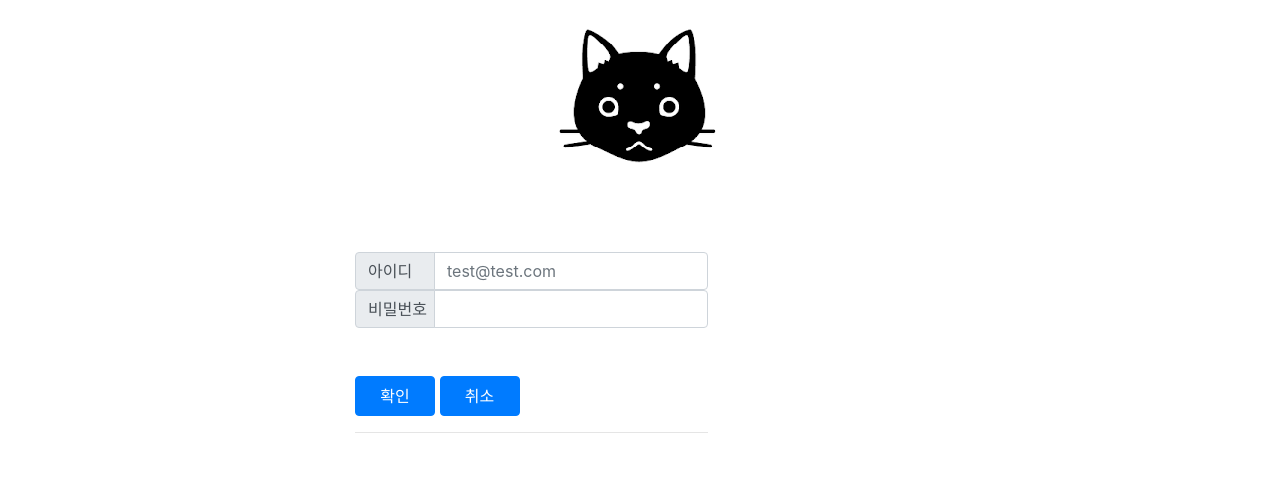
Repository: 0deepsleep/SpringMVCStudy
Page: http://localhost/TestProject/joinCheck.jsp
These files come from the project's save history. The page is drawn as it stood at one moment and after the next save; the edit follows.
The browser window is 1280 px wide. The pictures show the whole page.
The page is served by Tomcat 9.

Above is the page before, as saved 2019-06-14 09:53:12.

### TestProject/WebContent/joinCheck.jsp
<%@ page contentType="text/html; charset=UTF-8"%>
<%@ taglib prefix="c" uri="http://java.sun.com/jsp/jstl/core" %>
<%
	request.setCharacterEncoding("UTF-8");
	String cp = request.getContextPath();
%>
<!DOCTYPE html>
<html>
<head>
<meta charset="UTF-8">
<title>joinCheck.jsp</title>
<link rel="stylesheet" href="https://stackpath.bootstrapcdn.com/bootstrap/4.3.1/css/bootstrap.min.css">
<style type="text/css">
	.bolck
	{
		width: 80px;
	}

	.btn
	{
		text-align: center;
		width: 80px;
		height: 40px
	}


	#err
	{
		display: none;
		color: red;
		font-size: small;
	}

	*{text-align:left;}

</style>
<script type="text/javascript" src="https://ajax.googleapis.com/ajax/libs/jquery/3.4.1/jquery.min.js"></script>
<script type="text/javascript">

	$(document).ready(function()
	{
		$("#btn").click(function()
		{

			$("#err").css("display", "none");

			if($("#userPwd").val()=="")
			{
				$("#err").css("display", "inline");
				return;
			}

			$("#memberForm").submit();

		});


	});
</script>
</head>
<body>

<div class="text-center container">
	<img src="<%=cp %>/img/cat.png" class="rounded" alt="" >
  <div class="row" style="margin-top: 60px;">
  	<div class="col-md-6- offset-md-3">
  		<div class="input-group" id="memberForm">
	  		<div class="input-group-prepend">
		    	<span class="input-group-text bolck">아이디</span>
		    </div>
		  <input type="text" id="userId" name="userId" class="form-control"
		  required="required" placeholder="test@test.com">
		    </div>

		<div class="input-group" id="memberForm">
	  		<div class="input-group-prepend">
		    	<span class="input-group-text bolck">비밀번호</span>
		    </div>
		  	<input type="password" id="userPwd" name="userPwd" class="form-control"
		  required="required" >
		</div>
		<span id="err">패스워드를 입력하세요.</span>


		<br><br>
		<button type="button" id="btn" name="btn" class="btn-primary btn">확인</button>
		<button type="button" id="btn" name="btn" class="btn-primary btn">취소</button>
		<br><hr />

	</div>
  </div>
</div>

</body>
</html>

After the next save:
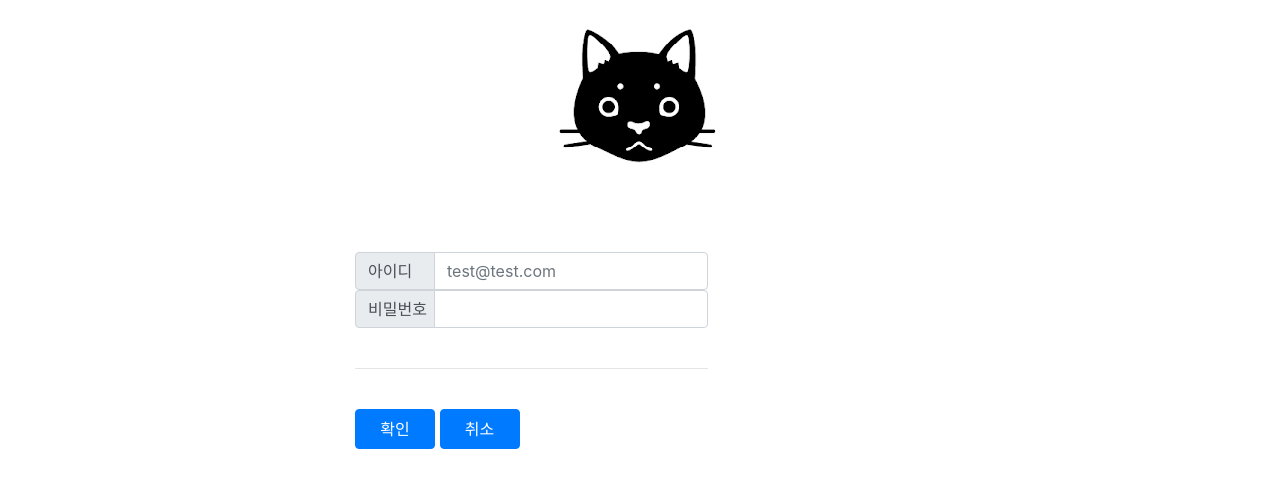
Saved 23 s later.
--- a/TestProject/WebContent/joinCheck.jsp
+++ b/TestProject/WebContent/joinCheck.jsp
@@ -82,10 +82,10 @@
 		<span id="err">패스워드를 입력하세요.</span>
 
 
-		<br><br>
+		<br><hr /><br>
 		<button type="button" id="btn" name="btn" class="btn-primary btn">확인</button>
 		<button type="button" id="btn" name="btn" class="btn-primary btn">취소</button>
-		<br><hr />
+
 
 	</div>
   </div>
